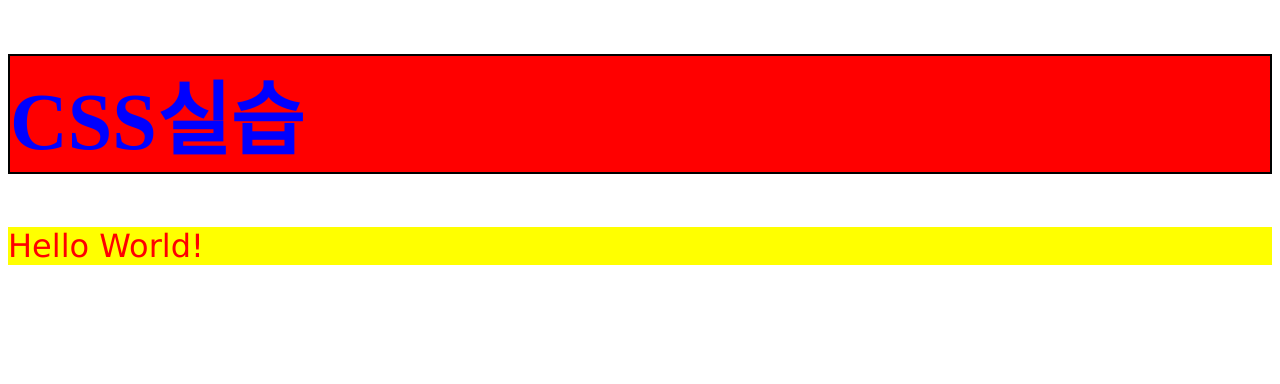
Repository: ashojm/WebWork
Page: Web/first.html
These files come from the project's save history. The page is drawn as it stood at one moment and after the next save; the edit follows.
The browser window is 1280 px wide. The pictures show the whole page.

Above is the page before, as saved 2015-11-12 16:12:32.

### Web/first.html
<!DOCTYPE html>
<html>
	<head>
		<meta charset="UTF-8">
		<link rel="stylesheet" href="css/base.css"/>
		<title>제목입니다.</title>
	</head>
	<body>
		<h1>CSS실습</h1>
		<p>
			Hello World!
		</p>

	</body>
</html>

### Web/css/base.css
h1{color:#0000FF;font-family:serif;font-size:500%;background-color:red;border:2px solid black}
p {color:red;font-size:200%;font-family:Verdana;background-color:yellow}

After the next save:
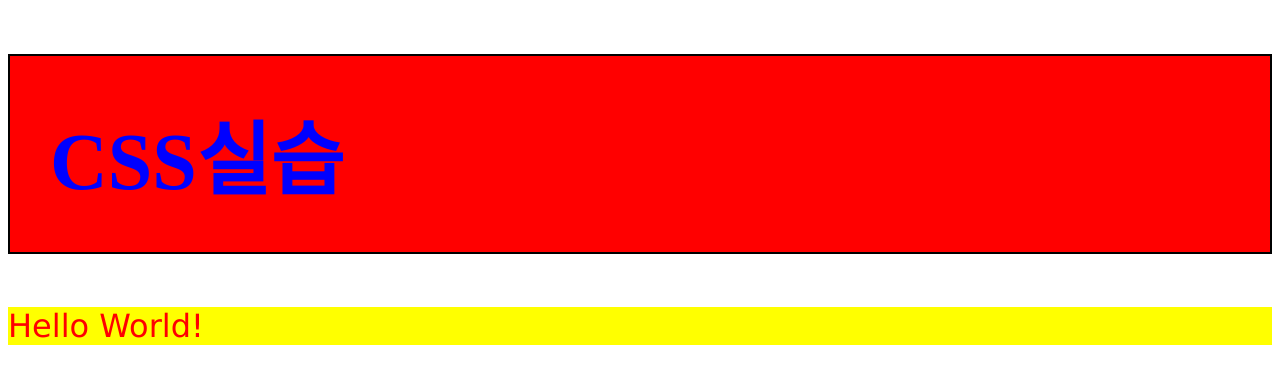
Saved 40 s later.
--- a/Web/css/base.css
+++ b/Web/css/base.css
@@ -1,2 +1,2 @@
-h1{color:#0000FF;font-family:serif;font-size:500%;background-color:red;border:2px solid black}
+h1{color:#0000FF;font-family:serif;font-size:500%;background-color:red;border:2px solid black;padding:40px}
 p {color:red;font-size:200%;font-family:Verdana;background-color:yellow}
